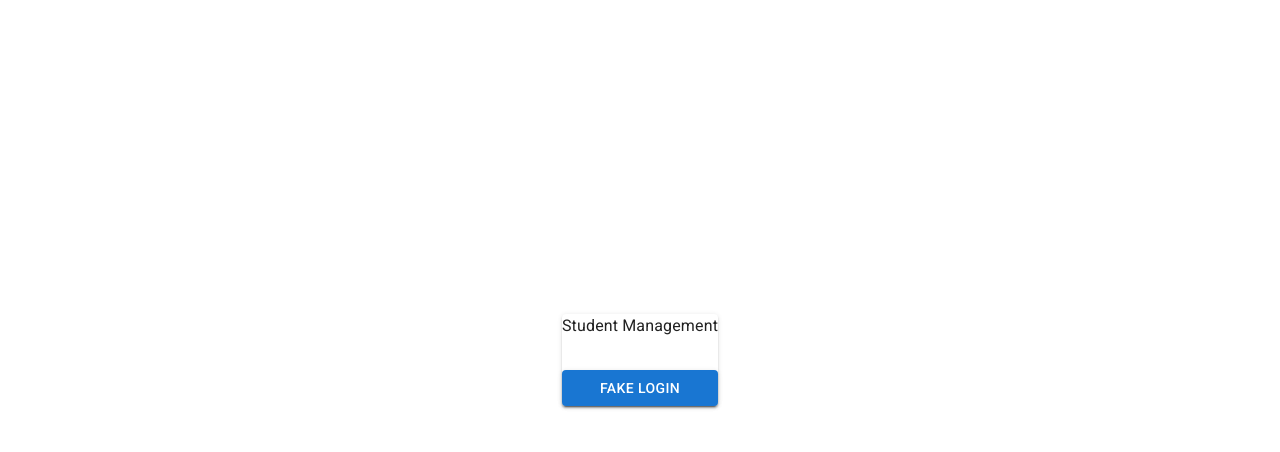
Repository: lethanhdat25/redux-saga
Page: /admin
The author's editor kept a copy of each file at every save. The page is drawn from the files as they stood at one save, then again after the next save.
The browser window is 1280 px wide. The pictures show the whole page.
The page's requests for data from a server got no answer. The project was rebuilt for these pictures with package versions that can differ from the ones it lists, and the page was loaded fresh each time. No one was signed in, and anything a server would have sent is missing. Also part of the build but not shown: src/components/Common/NotFound.tsx.

Above is the page before, as saved 2021-11-02 12:31:13.

After the next save:
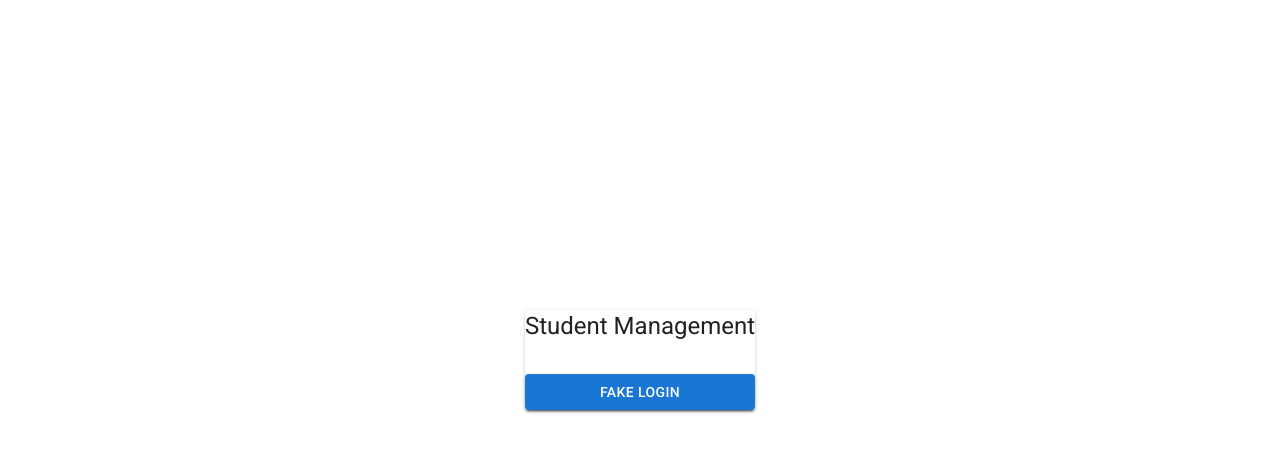
Saved 41 s later.
--- a/src/features/auth/pages/LoginPages.tsx
+++ b/src/features/auth/pages/LoginPages.tsx
@@ -18,7 +18,7 @@
   return (
     <div className={classes.root}>
       <Paper elevation={2}>
-        <Typography component="h5">Student Management</Typography>
+        <Typography component="h1" variant="h5">Student Management</Typography>
         <Box mt={4}>
           <Button fullWidth variant="contained" color="primary">
             Fake Login
